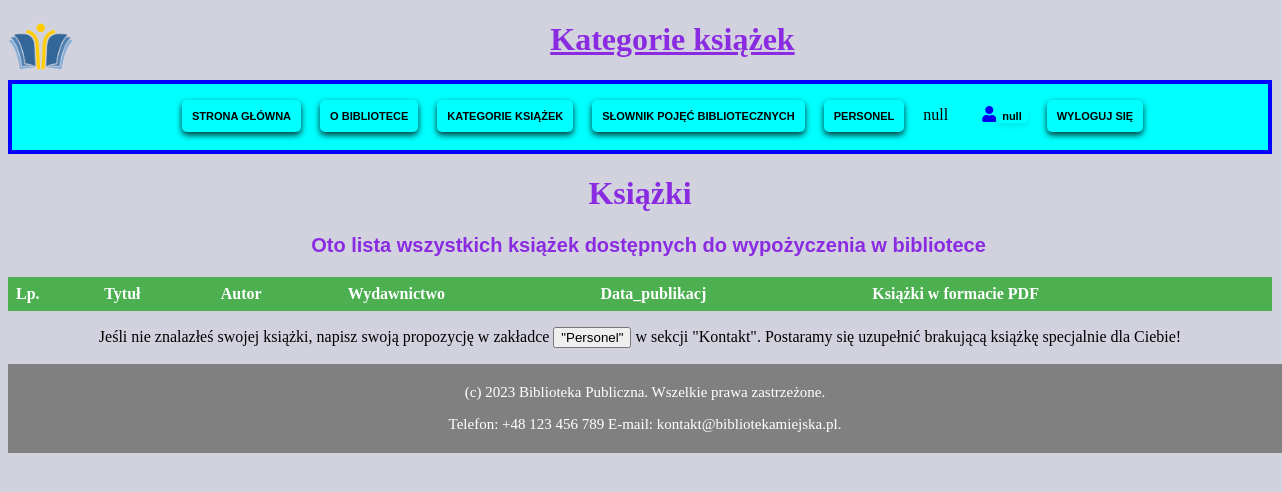
Repository: Dominik098/projekt
Page: http://localhost/biblioteka/C_Kategorie-książek.jsp
These files come from the project's save history. The page is drawn as it stood at one moment and after the next save; the edit follows.
The browser window is 1280 px wide. The page is 1282 px wide, so the pictures cover 1282 px, including what lies to the right of the window. The pictures show the whole page.
The page is served by Tomcat 9. Other server files are loaded and not shown. Queries for data that is not in the repository find no rows.

Above is the page before, as saved 2023-06-27 17:54:35.

### java projekt/biblioteka/src/main/webapp/C_Kategorie-książek.jsp
<%@ page language="java" contentType="text/html; charset=UTF-8"%>


<%@ page import="java.sql.*" %>


 <!DOCTYPE html>
<html lang="en">

<head>
    <meta charset="UTF-8">
    <meta http-equiv="X-UA-Compatible" content="IE=edge">
    <meta name="viewport" content="width=device-width, initial-scale=1.0">
    <link rel="stylesheet" href="C_kategorie.css" type="text/css">

    <link rel="icon" type="image/png" href="3.png" sizes="96x96" />
    <link rel="stylesheet" href="https://cdnjs.cloudflare.com/ajax/libs/font-awesome/5.15.3/css/all.min.css"> <!-- do ikony użytkownika -->
    <title>Kategorie książek </title>



</head>

<body>
    <tr>
        <td align="center"><img src="logo.png" name="ksiazka" align="left" weight="90px" height="50px"></td>
    </tr>
    <h1>
        <center><u>Kategorie książek</u></center>
    </h1>
    <header>
        <nav>
            <ul>
                <li class="znacznik" ><a href="A_strona-gl.jsp"><button class="wyloguj" >Strona główna</button></a></li>
                <li class="znacznik" ><a href="B_O bibiotece.jsp"><button class="wyloguj" >O bibliotece</button></a></li>
                <li  class="znacznik"><a href="C_Kategorie-książek.jsp"><button class="wyloguj" >Kategorie książek</button></a></li>
                <!--   <li><a href="D_Wypożyczenia.jsp"><button class="pobierz" >Wypożyczane </a></li>-->
                <li class="znacznik"><a href="E_Słownik pojęć.jsp"><button class="wyloguj" >Słownik pojęć bibliotecznych</button></a></li>
                <li class="znacznik"><a href="F_personel.jsp"><button class="wyloguj" >Personel</button></a></li>
               <!-- <li class="znacznik"><a href="G_login.jsp">Logowanie</a></li>
                <li class="znacznik"><a href="H_rejestracja.jsp">Rejestracja</a></li>-->
                <li> <a > <%=session.getAttribute("administrator") %></a><li>
                <li><a href="info_o_koncie.jsp"><i class="fa fa-user"></i><button class="klik" > <%=session.getAttribute("email-login") %></button></a></li>

                <li  ><a onclick="confirmLogout()"><button class="wyloguj" >Wyloguj się</button></a></li>


            </ul>

        </nav>

    </header>


	    <h1>Książki </h1>


<%
String userRole =(String) session.getAttribute("administrator");
if(userRole != null && userRole.equals("admin")){
	%>



<a href="Dodaj_ksiazke.jsp">
  <button class="dodanie" onclick="return promptForPassword()">Przejdź do formularza<br> aby dodać książkę</button>
</a>
<% }%>







    <h3>Oto lista wszystkich książek dostępnych do wypożyczenia w bibliotece </h3>


<table>
    <tr>
        <th>Lp.</th>
        <th>Tytuł</th>
        <th>Autor</th>
        <th>Wydawnictwo</th>
        <th>Data_publikacj</th>
        <th>Książki w formacie PDF</th>
        <%
String userRole3 =(String) session.getAttribute("administrator");
if(userRole != null && userRole.equals("admin")){
	%>
        <th><center>Opcje</center></th>
        <% }%>
    </tr>
    <%
        try {
            // Połączenie z bazą danych
            String url = "jdbc:mysql://localhost:3306/Biblioteka";
            String user = "root";
            String password = "P@ssw0rd";
            Connection conn = DriverManager.getConnection(url, user, password);

            // Zapytanie SQL - Pobranie listy książek
            String sql = "SELECT * FROM Książki";
            PreparedStatement ps = conn.prepareStatement(sql);
            ResultSet rs = ps.executeQuery();

            // Wyświetlenie wyników zapytania
            int i = 0;
            while (rs.next()) {
                i++;
                String tytuł = rs.getString("tytuł");
                String autor = rs.getString("autor");
                String wydawnictwo = rs.getString("wydawnictwo");
                String data_publikacji = rs.getString("data_publikacji");
                String pdf_link = rs.getString("pdf");

                %>
                <tr>
                    <td><%= i %></td>
                    <td><%= tytuł %></td>
                    <td><%= autor %></td>
                    <td><%= wydawnictwo %></td>
                    <td><%= data_publikacji %></td>
                    <td>
                        <a href="<%= request.getContextPath() + pdf_link %>" target="_blank" download>
                            <button class="pobierz">Pobierz książkę</button>
                        </a>
                    </td>
                    <%
String userRole2 =(String) session.getAttribute("administrator");
if(userRole != null && userRole.equals("admin")){
	%>
                    <td>
                        <button onclick="deleteBook('<%= rs.getInt("numer_ID") %>')" class="pobierz">Usuń książkę</button>
                    </td>
                    <% }%>
                </tr>
                <%
            }

            // Usunięcie książki z bazy danych po kliknięciu przycisku
           if (request.getParameter("deleteID") != null) {
    int deleteID = Integer.parseInt(request.getParameter("deleteID"));
    String deleteSql = "DELETE FROM Książki WHERE numer_ID = ?";
    PreparedStatement deletePs = conn.prepareStatement(deleteSql);
    deletePs.setInt(1, deleteID);
    deletePs.executeUpdate();
    deletePs.close();
    RequestDispatcher dispatcher = null;

    // Przekierowanie na stronę po usunięciu książki
    dispatcher = request.getRequestDispatcher("C_Kategorie-książek.jsp");
}


            // Zamykanie połączenia z bazą danych
            rs.close();
            ps.close();
            conn.close();
        } catch (SQLException e) {
            e.printStackTrace();
        }
    %>
</table>


       <script src="https://unpkg.com/sweetalert/dist/sweetalert.min.js"></script>

<script>
    function confirmLogout() {
        swal({
            title: "Czy na pewno chcesz się wylogować?",
            icon: "warning",
            buttons: ["Anuluj", "Wyloguj się"],
            dangerMode: true,
        }).then((willLogout) => {
            if (willLogout) {
                window.location.href = "logout";
            }
        });
    }
</script>



<script type="text/javascript">
    function deleteBook(id) {
        if (confirm("Czy na pewno chcesz usunąć książkę?")) {
            window.location.href = "C_Kategorie-książek.jsp?deleteID=" + encodeURIComponent(id);
            alert("Książka została pomyślnie usunięta.");
            location.reload(); // Odświeża stronę
        }
        location.reload();// Odświeża stronę
    }

</script>




<script type="text/javascript">

    // Funkcja pobierająca plik PDF
    function pobierzPDF(link) {
        window.location.href = link;
    }
</script>

    <p id="info">Jeśli nie znalazłeś swojej książki, napisz swoją propozycję w zakładce <a href="F_personel.jsp"><button >"Personel"</button></a> w sekcji "Kontakt".
     Postaramy się uzupełnić brakującą książkę specjalnie dla Ciebie!</p>


    <footer>
        <p>(c) 2023 Biblioteka Publiczna. Wszelkie prawa zastrzeżone.</p>
        <p>Telefon: +48 123 456 789  E-mail: kontakt@bibliotekamiejska.pl.</p>

    </footer>



</body>

</html>

### java projekt/biblioteka/src/main/webapp/C_kategorie.css
body {
    background-color: rgb(210, 210, 222);

}

header {
    border: 4px;
    background-color: aqua;
    border: 4px solid blue;
    padding-bottom: 2px;
}



h1 {
    text-align: center;
    color: blueviolet;

}

h3 {
    text-align: center;
    margin-left: 17px;
    color: blueviolet;
    font-family: Arial;
    font-size: 20px;

}




ul li {
    display: inline;
    margin-left: 5px;
    padding: 5px;

}

ul {
    text-align: center;
}

a {
    padding-top: 5px;
    padding-bottom: 5px;
    text-decoration: none;
}






footer {
    text-align: center;
    font-size: 15px;
    color: white;
    background-color: gray;


    bottom: 0;
    margin-top: auto;
    width: 100%;
    padding: 5px;
}



table {
        background-color: #f9f9f9;
        border-collapse: collapse;
        width: 100%;
    }

    th, td {
        text-align: left;
        padding: 8px;
    }

    th {
        background-color: #4CAF50;
        color: white;
    }


    tr:hover {
  border-bottom: 2px solid red;
}


.pobierz{

  display: inline-block;
  padding: 10px 20px;
  font-size: 12px;
  font-weight: bold;
  text-align: center;
  text-transform: uppercase;
  color: #fff;
  background-color: #4CAF50;
  border: none;
  border-radius: 5px;
  box-shadow: 0 3px 6px rgba(0, 0, 0, 0.3);
  cursor: pointer;
  transition: background-color 0.3s ease;
}

.pobierz:hover {
  background-color: #0056b3;
}

.klik {
  background-color: transparent;
  border: none;
  cursor: pointer;
  background-color:  aqua;
  border: none;
  border-radius: 5px;
  box-shadow: 0 3px 6px rgba(0, 0, 0, 0.1);
  font-size: 11px;
  font-weight: bold;
  text-align: center;
}

.klik:hover {
  background-color: #0056b3;
  color: #ffffff;
}

.wyloguj{

  display: inline-block;
  padding: 10px 10px;
  font-size: 11px;
  font-weight: bold;
  text-align: center;
  text-transform: uppercase;
  color: black;
  background-color:  aqua;
  border: none;
  border-radius: 5px;
  box-shadow: 0 3px 6px rgba(0, 0, 0, 0.8);
  cursor: pointer;
  transition: background-color 0.3s ease;
}

.wyloguj:hover {
  background-color: #0056b3;
}
 .dodanie{
 display: inline-block;
  padding: 10px 10px;
  font-size: 11px;
  font-weight: bold;
  text-align: center;
  text-transform: uppercase;
  color: black;
  background-color:  rgb(210, 210, 222);
  border: none;
  border-radius: 5px;
  box-shadow: 0 3px 6px rgba(0, 0, 0, 0.6);
  cursor: pointer;
  transition: background-color 0.3s ease;

 }
 .dodanie:hover{
 background-color: #0056b3;
 }
#info{
	text-align: center;

}

After the next save:
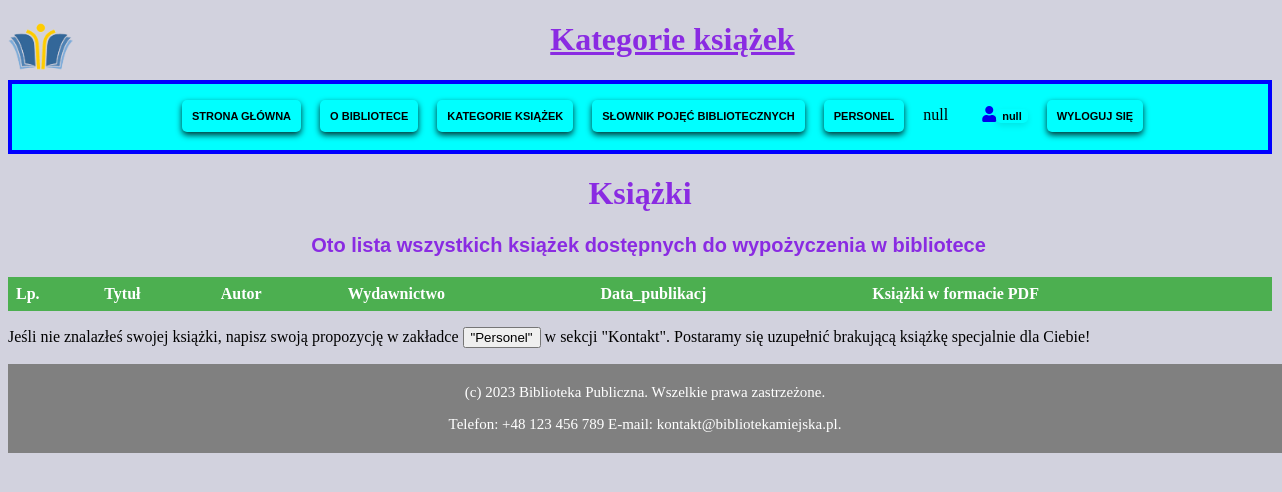
Saved 3 min 30 s later.
--- a/java projekt/biblioteka/src/main/webapp/C_Kategorie-książek.jsp
+++ b/java projekt/biblioteka/src/main/webapp/C_Kategorie-książek.jsp
@@ -206,7 +206,7 @@ if(userRole != null && userRole.equals("admin")){
     }
 </script>
 
-    <p id="info">Jeśli nie znalazłeś swojej książki, napisz swoją propozycję w zakładce <a href="F_personel.jsp"><button >"Personel"</button></a> w sekcji "Kontakt".
+    <p >Jeśli nie znalazłeś swojej książki, napisz swoją propozycję w zakładce <a href="F_personel.jsp"><button id="info" >"Personel"</button></a> w sekcji "Kontakt".
      Postaramy się uzupełnić brakującą książkę specjalnie dla Ciebie!</p>
 
 
